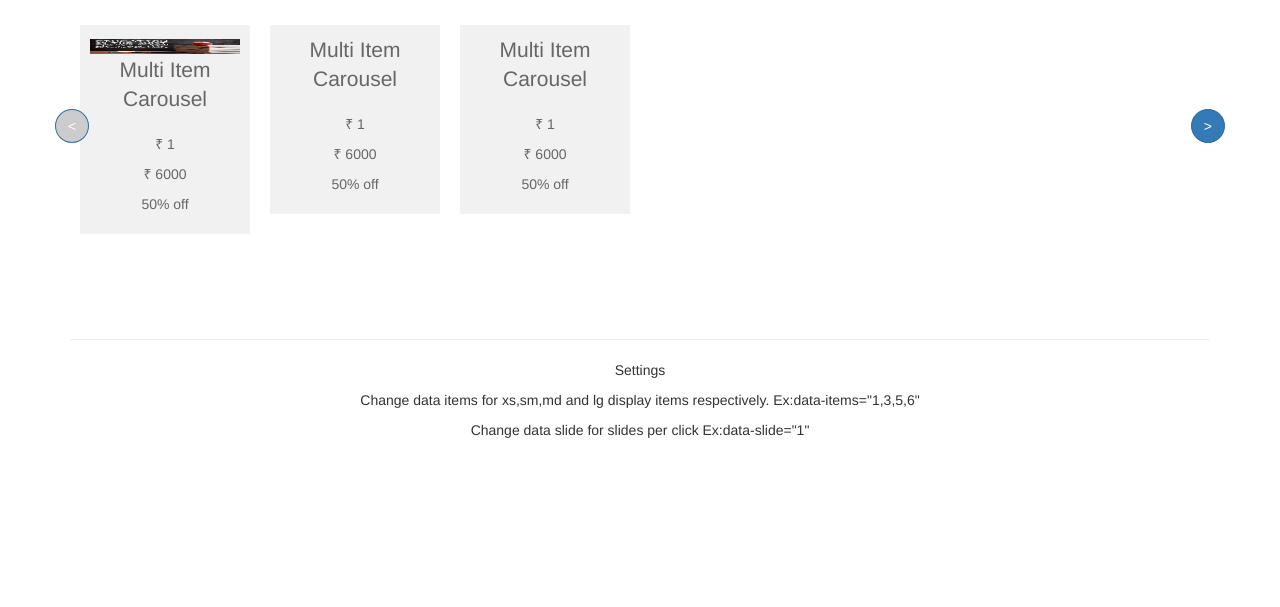
Repository: isranivishal/TsecCodestorm
Page: slider.html
These files come from the project's save history. The page is drawn as it stood at one moment and after the next save; the edit follows.
The browser window is 1280 px wide. The pictures show the whole page.
Some web libraries are served in a nearby version.

Above is the page before, as saved 2018-09-21 17:17:47.

### slider.html
<!Doctype HTML>
<html>
    <head>
            <link rel="stylesheet" href="https://maxcdn.bootstrapcdn.com/bootstrap/3.3.7/css/bootstrap.min.css">
            <script src="https://ajax.googleapis.com/ajax/libs/jquery/3.3.1/jquery.min.js"></script>
            <script src="https://maxcdn.bootstrapcdn.com/bootstrap/3.3.7/js/bootstrap.min.js"></script>
            <link rel="stylesheet" href="https://cdnjs.cloudflare.com/ajax/libs/animate.css/3.5.2/animate.min.css">
            <link href="//maxcdn.bootstrapcdn.com/bootstrap/3.3.0/css/bootstrap.min.css" rel="stylesheet" id="bootstrap-css">
            <script src="//maxcdn.bootstrapcdn.com/bootstrap/3.3.0/js/bootstrap.min.js"></script>
            <script src="//code.jquery.com/jquery-1.11.1.min.js"></script>


            <style>
                .MultiCarousel { float: left; overflow: hidden; padding: 15px; width: 100%; position:relative; }
    .MultiCarousel .MultiCarousel-inner { transition: 1s ease all; float: left; }
        .MultiCarousel .MultiCarousel-inner .item { float: left;}
        .MultiCarousel .MultiCarousel-inner .item > div { text-align: center; padding:10px; margin:10px; background:#f1f1f1; color:#666;}
    .MultiCarousel .leftLst, .MultiCarousel .rightLst { position:absolute; border-radius:50%;top:calc(50% - 20px); }
    .MultiCarousel .leftLst { left:0; }
    .MultiCarousel .rightLst { right:0; }

        .MultiCarousel .leftLst.over, .MultiCarousel .rightLst.over { pointer-events: none; background:#ccc; }
            </style>


        <script>
            $(document).ready(function () {
    var itemsMainDiv = ('.MultiCarousel');
    var itemsDiv = ('.MultiCarousel-inner');
    var itemWidth = "";

    $('.leftLst, .rightLst').click(function () {
        var condition = $(this).hasClass("leftLst");
        if (condition)
            click(0, this);
        else
            click(1, this)
    });

    ResCarouselSize();




    $(window).resize(function () {
        ResCarouselSize();
    });

    //this function define the size of the items
    function ResCarouselSize() {
        var incno = 0;
        var dataItems = ("data-items");
        var itemClass = ('.item');
        var id = 0;
        var btnParentSb = '';
        var itemsSplit = '';
        var sampwidth = $(itemsMainDiv).width();
        var bodyWidth = $('body').width();
        $(itemsDiv).each(function () {
            id = id + 1;
            var itemNumbers = $(this).find(itemClass).length;
            btnParentSb = $(this).parent().attr(dataItems);
            itemsSplit = btnParentSb.split(',');
            $(this).parent().attr("id", "MultiCarousel" + id);


            if (bodyWidth >= 1200) {
                incno = itemsSplit[3];
                itemWidth = sampwidth / incno;
            }
            else if (bodyWidth >= 992) {
                incno = itemsSplit[2];
                itemWidth = sampwidth / incno;
            }
            else if (bodyWidth >= 768) {
                incno = itemsSplit[1];
                itemWidth = sampwidth / incno;
            }
            else {
                incno = itemsSplit[0];
                itemWidth = sampwidth / incno;
            }
            $(this).css({ 'transform': 'translateX(0px)', 'width': itemWidth * itemNumbers });
            $(this).find(itemClass).each(function () {
                $(this).outerWidth(itemWidth);
            });

            $(".leftLst").addClass("over");
            $(".rightLst").removeClass("over");

        });
    }


    //this function used to move the items
    function ResCarousel(e, el, s) {
        var leftBtn = ('.leftLst');
        var rightBtn = ('.rightLst');
        var translateXval = '';
        var divStyle = $(el + ' ' + itemsDiv).css('transform');
        var values = divStyle.match(/-?[\d\.]+/g);
        var xds = Math.abs(values[4]);
        if (e == 0) {
            translateXval = parseInt(xds) - parseInt(itemWidth * s);
            $(el + ' ' + rightBtn).removeClass("over");

            if (translateXval <= itemWidth / 2) {
                translateXval = 0;
                $(el + ' ' + leftBtn).addClass("over");
            }
        }
        else if (e == 1) {
            var itemsCondition = $(el).find(itemsDiv).width() - $(el).width();
            translateXval = parseInt(xds) + parseInt(itemWidth * s);
            $(el + ' ' + leftBtn).removeClass("over");

            if (translateXval >= itemsCondition - itemWidth / 2) {
                translateXval = itemsCondition;
                $(el + ' ' + rightBtn).addClass("over");
            }
        }
        $(el + ' ' + itemsDiv).css('transform', 'translateX(' + -translateXval + 'px)');
    }

    //It is used to get some elements from btn
    function click(ell, ee) {
        var Parent = "#" + $(ee).parent().attr("id");
        var slide = $(Parent).attr("data-slide");
        ResCarousel(ell, Parent, slide);
    }

});
        </script>
    </head>

    <body>

            <div class="container">
                    <div class="row">
                        <div class="MultiCarousel" data-items="1,3,5,6" data-slide="1" id="MultiCarousel"  data-interval="1000">
                            <div class="MultiCarousel-inner">
                                <div class="item">
                                    <div class="pad15">
                                    <img src="education.jpg" style="width:150px; height: 15px"></img>
                                        <p class="lead">Multi Item Carousel</p>
                                        <p>₹ 1</p>
                                        <p>₹ 6000</p>
                                        <p>50% off</p>
                                    </div>
                                </div>

                                <div class="item">
                                    <div class="pad15">
                                        <p class="lead">Multi Item Carousel</p>
                                        <p>₹ 1</p>
                                        <p>₹ 6000</p>
                                        <p>50% off</p>
                                    </div>
                                </div>
                                <div class="item">
                                    <div class="pad15">
                                        <p class="lead">Multi Item Carousel</p>
                                        <p>₹ 1</p>
                                        <p>₹ 6000</p>
                                        <p>50% off</p>
                                    </div>
                                </div>
                            </div>
                            <button class="btn btn-primary leftLst"><</button>
                            <button class="btn btn-primary rightLst">></button>
                        </div>
                    </div>
                    <div class="row">
                        <div class="col-md-12 text-center">
                            <br/><br/><br/>
                            <hr/>
                            <p>Settings</p>
                            <p>Change data items for xs,sm,md and lg display items respectively. Ex:data-items="1,3,5,6"</p>
                            <p>Change data slide for slides per click Ex:data-slide="1"</p>
                        </div>
                    </div>
                </div>
    </body>
</html>

After the next save:
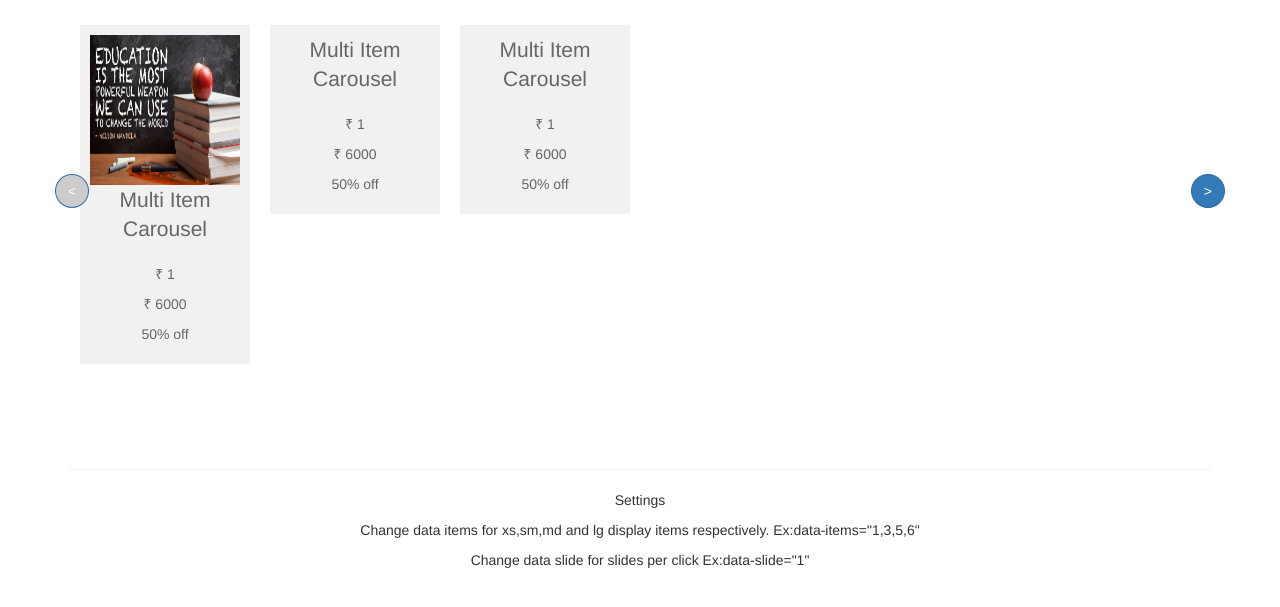
Saved 9 s later.
--- a/slider.html
+++ b/slider.html
@@ -141,7 +141,7 @@
                             <div class="MultiCarousel-inner">
                                 <div class="item">
                                     <div class="pad15">
-                                    <img src="education.jpg" style="width:150px; height: 15px"></img>
+                                    <img src="education.jpg" style="width:150px; height: 150px"></img>
                                         <p class="lead">Multi Item Carousel</p>
                                         <p>₹ 1</p>
                                         <p>₹ 6000</p>
